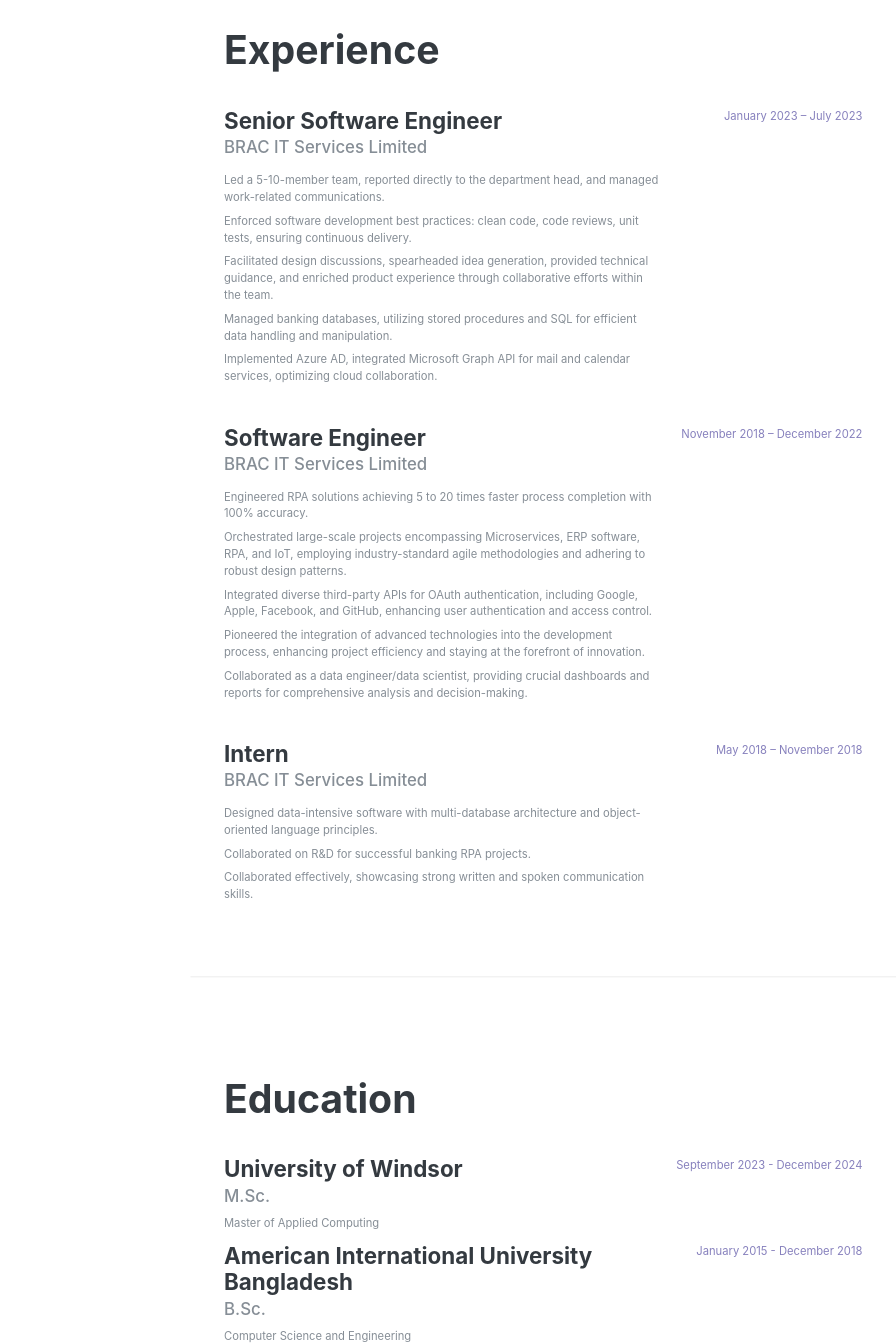
Repository: xahin96/xahin96.github.io
Page: index.html
The author's editor kept a copy of each file at every save. The page is drawn from the files as they stood at one save, then again after the next save.
The browser window is 1280 px wide. The pictures show the part of the page from y = 730 to 2650 px (the page is 5583 px tall before and 5589 px after), at 70% of full size.
Some web fonts or font styles are not loaded; a fallback is used.

Above is the page before, as saved 2024-04-27 12:24:20.

### index.html
<!DOCTYPE html>
<html lang="en">

<head>

  <meta charset="utf-8">
  <meta name="viewport" content="width=device-width, initial-scale=1, shrink-to-fit=no">
  <meta name="description" content="">
  <meta name="author" content="">

  <title>Shahriar Rahman</title>
  <link rel="icon" type="image/x-icon" href="img/profile.png">


  <!-- Bootstrap core CSS -->
  <link href="vendor/bootstrap/css/bootstrap.min.css" rel="stylesheet">

  <!-- Custom fonts for this template -->
  <link href="https://fonts.googleapis.com/css?family=Saira+Extra+Condensed:500,700" rel="stylesheet">
  <link href="https://fonts.googleapis.com/css?family=Muli:400,400i,800,800i" rel="stylesheet">
  <link href="vendor/fontawesome-free/css/all.min.css" rel="stylesheet">

  <!-- Custom styles for this template -->
  <link href="css/resume.css" rel="stylesheet">

</head>

<body id="page-top">

  <nav class="navbar navbar-expand-lg navbar-dark bg-primary fixed-top" id="sideNav">
    <a class="navbar-brand js-scroll-trigger" href="#page-top">
      <span class="d-block d-lg-none">Shahriar Rahman</span>
      <span class="d-none d-lg-block">
        <img class="img-fluid img-profile rounded-circle mx-auto mb-2" src="img/profile.png" alt="">
      </span>
    </a>
    <button class="navbar-toggler" type="button" data-toggle="collapse" data-target="#navbarSupportedContent" aria-controls="navbarSupportedContent" aria-expanded="false" aria-label="Toggle navigation">
      <span class="navbar-toggler-icon"></span>
    </button>
    <div class="collapse navbar-collapse" id="navbarSupportedContent">
      <ul class="navbar-nav">
        <li class="nav-item">
          <a class="nav-link js-scroll-trigger" href="#about">About</a>
        </li>
        <li class="nav-item">
          <a class="nav-link js-scroll-trigger" href="#experience">Experience</a>
        </li>
        <li class="nav-item">
          <a class="nav-link js-scroll-trigger" href="#education">Education</a>
        </li>
        <li class="nav-item">
          <a class="nav-link js-scroll-trigger" href="#skills">Skills</a>
        </li>
        <li class="nav-item">
          <a class="nav-link js-scroll-trigger" href="#projects">Projects</a>
        </li>
        <!-- <li class="nav-item">
          <a class="nav-link js-scroll-trigger" href="#interests">Interests</a>
        </li> -->
       <!--  <li class="nav-item">
          <a class="nav-link js-scroll-trigger" href="#awards">Achievements</a>
        </li> -->
      </ul>
    </div>
  </nav>

  <div class="container-fluid p-0">

    <section class="resume-section p-3 p-lg-5 d-flex align-items-center" id="about">
      <div class="w-100">
        <h1 class="mb-0">Shahriar
          <span class="mb-0">Rahman</span>
        </h1>
        <div class="subheading mb-5">Windsor, ON, Canada 🇨🇦 · +1 437 669 5591 ·
          <a href="mailto:shahriar.rahmanzahin@gmail.com">rahman8j@uwindsor.ca</a>
        </div>
        <p class="lead mb-5">Results-driven Software Engineer, with over 5 years of experience, specializing in innovative solutions such as Microservices, IoT, AI, and Robotic Process Automation (RPA). Demonstrates proficiency in software development, boasting a proven track record in leading the development of advanced systems, optimizing code for efficiency, and collaborating within dynamic, cross-functional teams.</p>
        <div class="social-icons">
          <a href="https://www.linkedin.com/in/shahriar-rahman-zahin">
            <i class="fab fa-linkedin-in"></i>
          </a>
          <a href="https://github.com/xahin96">
            <i class="fab fa-github"></i>
          </a>
          <a href="https://stackoverflow.com/users/5947007/shahriar-rahman-zahin">
            <i class="fab fa-stack-overflow"></i>
          </a>
          <a href="https://twitter.com/xahin96">
            <i class="fab fa-twitter"></i>
          </a>
          <a href="https://www.facebook.com/shahriar.xahin">
            <i class="fab fa-facebook-f"></i>
          </a>
        </div>
      </div>
    </section>

    <hr class="m-0">

    <section class="resume-section p-3 p-lg-5 d-flex justify-content-center" id="experience">
      <div class="w-100">
        <h2 class="mb-5">Experience</h2>

        <div class="resume-item d-flex flex-column flex-md-row justify-content-between mb-5">
          <div class="resume-content">
            <h3 class="mb-0">Senior Software Engineer</h3>
            <div class="subheading mb-3">BRAC IT Services Limited</div>
            <li>Led a 5-10-member team, reported directly to the department head, and managed work-related communications.</li>
            <li>Enforced software development best practices: clean code, code reviews, unit tests, ensuring continuous delivery.</li>
            <li>Facilitated design discussions, spearheaded idea generation, provided technical guidance, and enriched product experience through collaborative efforts within the team.</li>
            <li>Managed banking databases, utilizing stored procedures and SQL for efficient data handling and manipulation.</li>
            <li>Implemented Azure AD, integrated Microsoft Graph API for mail and calendar services, optimizing cloud collaboration.</li>
          </div>
          <div class="resume-date text-md-right">
            <span class="text-primary">January 2023 – July 2023</span>
          </div>
        </div>

        <div class="resume-item d-flex flex-column flex-md-row justify-content-between mb-5">
          <div class="resume-content">
            <h3 class="mb-0">Software Engineer</h3>
            <div class="subheading mb-3">BRAC IT Services Limited</div>
            <li>Engineered RPA solutions achieving 5 to 20 times faster process completion with 100% accuracy.</li>
            <li>Orchestrated large-scale projects encompassing Microservices, ERP software, RPA, and IoT, employing industry-standard agile methodologies and adhering to robust design patterns.</li>
            <li>Integrated diverse third-party APIs for OAuth authentication, including Google, Apple, Facebook, and GitHub, enhancing user authentication and access control.</li>
            <li>Pioneered the integration of advanced technologies into the development process, enhancing project efficiency and staying at the forefront of innovation.</li>
            <li>Collaborated as a data engineer/data scientist, providing crucial dashboards and reports for comprehensive analysis and decision-making.</li>
          </div>
          <div class="resume-date text-md-right">
            <span class="text-primary">November 2018 – December 2022</span>
          </div>
        </div>

        <div class="resume-item d-flex flex-column flex-md-row justify-content-between mb-5">
          <div class="resume-content">
            <h3 class="mb-0">Intern</h3>
            <div class="subheading mb-3">BRAC IT Services Limited</div>
            <li>Designed data-intensive software with multi-database architecture and object-oriented language principles.</li>
            <li>Collaborated on R&D for successful banking RPA projects.</li>
            <li>Collaborated effectively, showcasing strong written and spoken communication skills.
            </li>
          </div>
          <div class="resume-date text-md-right">
            <span class="text-primary">May 2018 – November 2018</span>
          </div>
        </div>

      </div>
    </section>

    <hr class="m-0">

    <section class="resume-section p-3 p-lg-5 d-flex align-items-center" id="education">
      <div class="w-100">
        <h2 class="mb-5">Education</h2>

        <div class="resume-item d-flex flex-column flex-md-row justify-content-between mb-3">
          <div class="resume-content">
            <h3 class="mb-0">University of Windsor</h3>
            <div class="subheading mb-2">M.Sc.</div>
            <div>Master of Applied Computing</div>
          </div>
          <div class="resume-date text-md-right">
            <span class="text-primary">September 2023 - December 2024</span>
          </div>
        </div>

        <!-- <div class="resume-item d-flex flex-column flex-md-row justify-content-between mb-3">
          <div class="resume-content">
            <h3 class="mb-0">Jahangirnagar University Bangladesh</h3>
            <div class="subheading mb-2"> M.Sc.</div>
            <div>Computer Science and Engineering</div>
            <p>CGPA: 3.88/4.00</p>
          </div>
          <div class="resume-date text-md-right">
            <span class="text-primary">January 2015 - December 2018</span>
          </div>
        </div> -->

        <div class="resume-item d-flex flex-column flex-md-row justify-content-between mb-3">
          <div class="resume-content">
            <h3 class="mb-0">American International University Bangladesh</h3>
            <div class="subheading mb-2">B.Sc.</div>
            <div>Computer Science and Engineering</div>
            <p>CGPA: 3.88/4.00</p>
          </div>
          <div class="resume-date text-md-right">
            <span class="text-primary">January 2015 - December 2018</span>
          </div>
        </div>

        <!-- <div class="resume-item d-flex flex-column flex-md-row justify-content-between mb-3">
          <div class="resume-content">
            <h3 class="mb-0">Dhaka Imperial College, Bangladesh</h3>
            <div class="subheading mb-2">Higher Secondary School Certificate</div>
            <p>GPA: 5.00/5.00</p>
          </div>
          <div class="resume-date text-md-right">
            <span class="text-primary">April 2012 - April 2014</span>
          </div>
        </div> -->

        <!-- <div class="resume-item d-flex flex-column flex-md-row justify-content-between">
          <div class="resume-content">
            <h3 class="mb-0">Bangladesh International School & College Riyadh, Saudi Arabia</h3>
            <div class="subheading mb-2">Secondary School Certificate</div>
            <p>GPA: 4.88/5.00</p>
          </div>
          <div class="resume-date text-md-right">
            <span class="text-primary">January 2007 - April 2012</span>
          </div>
        </div> -->

      </div>
    </section>

    <hr class="m-0">

    <section class="resume-section p-3 p-lg-5 d-flex align-items-center" id="skills">
      <div class="w-100">
        <h2 class="mb-5">Skills</h2>

        <div class="subheading mb-3">Programming Languages &amp; Tools</div>
        <ul class="list-inline dev-icons">
          <li class="list-inline-item">
            <h3>Python</h3>
          </li>
          <li class="list-inline-item">
            <h3>Django</h3>
          </li>
          <li class="list-inline-item">
            <h3>Django REST Framework</h3>
          </li>
          <li class="list-inline-item">
            <h3>ASP.NET</h3>
          </li>
          <li class="list-inline-item">
            <h3>ASP.NET Core</h3>
          </li>
          <li class="list-inline-item">
            <h3>React</h3>
          </li>
          <li class="list-inline-item">
            <h3>Angular</h3>
          </li>
        </ul>

        <br>

        <div class="subheading mb-3">Interests</div>
        <ul class="fa-ul mb-0">
          <li>
            <i class="fa-li fa fa-check"></i>
          Web Development</li>
          <li>
            <i class="fa-li fa fa-check"></i>
          Robotic Process Automation</li>
          <li>
            <i class="fa-li fa fa-check"></i>
          Machine Learning</li>
          <li>
            <i class="fa-li fa fa-check"></i>
          Data Mining</li>
        </ul>
      </div>
    </section>

    <hr class="m-0">

    <section class="resume-section p-3 p-lg-5 d-flex align-items-center project" id="projects">
      <div class="w-100">
        <h2 class="mb-5">Projects</h2>
        <hr>
        <div class="row">
          <div class="col-sm-12 col-md-6 mb-4">
            <div class="card p-3">
              <!-- <img class="mb-4" class="card-img-top" src="https://picsum.photos/id/237/200/300" alt="Card image cap"> -->
              <div style="background-color:rgb(255, 255, 255)">
                <h3 class="mb-0">Keeper</h3>
                <p class="lead mb-5">
                    Warranty managemet application for your products. It will help you manage all your product with warraties and smartly reminding you about the expiry date.
                </p>
                <h4>Technology Used</h4>
                <li>Python</li>
                <li>Django</li>
                <li>Django REST Framework</li>
                <div><h5>   &nbsp;</h5>   </div>
                <h5>Product link:</h5> <p><a href="/">Will be available on Play Store and Apple App Store soon</a></p>
              </div>
            </div>
          </div>
          <div class="col-sm-12 col-md-6 mb-4">
            <div class="card p-3">
              <!-- <img class="mb-4" class="card-img-top" src="https://picsum.photos/id/237/200/300" alt="Card image cap"> -->
              <div style="background-color:rgb(255, 255, 255)">
                <h3 class="mb-0">Atwork</h3>
                <p class="lead mb-5">
                    Smart meeting management system for your company. It will help you manage your meetings, schedule them, generate notice or summary along with agenda summary for
                    easier maintenance.
                </p>
                <h4>Technology Used</h4>
                <li>Python</li>
                <li>Django</li>
                <li>Django REST Framework</li>
                <li>Angular</li>
                <li>Typescript</li>
                <div><h5>   &nbsp;</h5>   </div>
                <h5>Product link:</h5> <p><a href="https://www.bracits.com/product/meeting-atwork">https://www.bracits.com/product/meeting-atwork</a></p>
              </div>
            </div>
          </div>
          <div class="col-sm-12 col-md-6 mb-4">
            <div class="card p-3">`
              <!-- <img class="mb-4" class="card-img-top" src="https://picsum.photos/id/237/200/300" alt="Card image cap"> -->
              <div style="background-color:rgb(255, 255, 255)">
                <h3 class="mb-0">Eye Tracker With Blink Detection</h3>
                <p class="lead mb-5">
                    This python application can detect eye of user sitting in front of webcam. Tracking the eye center or Iris the program
                    can detect where the user is looking at on the PC screen as well as when the user is blinking. This project was used in
                    my thesis - Controlling Multimedia Player With Eye Gaze Using Webcam.
                </p>
                <h4>Technology Used</h4>
                <li>Python</li>
                <li>OpenCV</li>
                <div><h5>   &nbsp;</h5>   </div>
                <h5>Publication link:</h5> <p><a href="https://ieeexplore.ieee.org/document/8644103">https://ieeexplore.ieee.org/document/8644103</a></p>
              </div>
            </div>
          </div>
          <div class="col-sm-12 col-md-6 mb-4">
            <div class="card p-3">
              <div style="background-color:rgb(255, 255, 255)">
                <h3 class="mb-0">Credit Card Creation Process Automation</h3>
                <p class="lead mb-5">
                  This automation program automates a full card processing system which requires 3 different applications.
                  It fills up forms of 3 different application and completes a full process 5 times faster than human.
                </p>
                <h4>Technology Used</h4>
                <li>Python</li>
                <li>SQL Server</li>
                <div><h5>   &nbsp;</h5>   </div>
                <h5>Project link:</h5> Confidential banking project.
              </div>
            </div>
          </div>
          <div class="col-sm-12 col-md-6 mb-4">
            <div class="card p-3">
              <div style="background-color:rgb(255, 255, 255)">
                <h3 class="mb-0">Parker</h3>
                <p class="lead mb-5">
                  This application is used for web automation. It is built specially for a website so that any human repetitive task on that website can be automated easily.
                </p>
                <h4>Technology Used</h4>
                <li>ASP.NET MVC</li>
                <li>SQL Server</li>
                <li>ADO.NET</li>
                <li>Bootstrap</li>
                <li>JQuery</li>
                <li>Selenium</li>
                <div><h5>   &nbsp;</h5>   </div>
                <h5>Project link:</h5> Confidential banking project.
            </div>
            </div>
          </div>
          <div class="col-sm-12 col-md-6 mb-4">
            <div class="card p-3">
              <div style="background-color:rgb(255, 255, 255)">
                <h3 class="mb-0">PDF Extractor</h3>
                <p class="lead mb-5">
                  This application is used for extracting data from complex PDF tables and saving them in database for easy data analysis.
                </p>
                <h4>Technology Used</h4>
                <li>Python</li>
                <li>SQL Server</li>
                <div><h5>   &nbsp;</h5>   </div>
                <h5>Project link:</h5> Confidential banking project.
              </div>
            </div>
          </div>
          <!-- <div class="col-sm-12 col-md-6 mb-4">
            <div class="card p-3">
              <div style="background-color:rgb(255, 255, 255)">
                <h3 class="mb-0">Insurance Company Management</h3>
                <p class="lead mb-5">
                  This application is used for managing different tasks of an insurance company. Employees can issue for accident entry and towing
                  car entries etc.
                </p>
                <h4>Technology Used</h4>
                <li>PHP</li>
                <li>Vanilla JS</li>
                <li>Oracle</li>
                <div><h5>   &nbsp;</h5>   </div>
                <h5>Project link:</h5> <p><a href="https://github.com/xahin96/Insurance_Company_management">https://github.com/xahin96/Insurance_Company_management</a></p>
            </div>
            </div>
          </div> -->
          <!-- <div class="col-sm-12 col-md-6 mb-4">
            <div class="card p-3">
            <div style="background-color:rgb(255, 255, 255)">
              <h3 class="mb-0">Urban City Scenario</h3>
              <p class="lead mb-5">
                Simple 2d scenario animation made with OpenGL C++
              </p>
              <h4>Technology Used</h4>
              <li>OpenGL</li>
              <li>C++</li>
              <div><h5>   &nbsp;</h5>   </div>
              <h5>Project link:</h5> <p><a href="https://github.com/xahin96/Urban_city_scenario">https://github.com/xahin96/Urban_city_scenario</a></p>
            </div>
            </div>
          </div> -->
          <!-- <div class="col-sm-12 col-md-6 mb-4">
            <div class="card p-3">
              <div style="background-color:rgb(255, 255, 255)">
                <h3 class="mb-0">Catch The Egg</h3>
                <p class="lead mb-5">
                  Simple fun 2d game. Eggs are falling from sky catch as much as you can.
                </p>
                <h4>Technology Used</h4>
                <li>Java</li>
                <div><h5>   &nbsp;</h5>   </div>
                <h5>Project link:</h5> <p><a href="https://github.com/xahin96/CatcTheEgg">https://github.com/xahin96/CatcTheEgg</a></p>
              </div>
            </div>
          </div> -->
          <!-- <div class="col-sm-12 col-md-6 mb-4">
            <div class="card p-3">
              <div style="background-color:rgb(255, 255, 255)">
                <h3 class="mb-0">Mobile Banking App</h3>
                <p class="lead mb-5">
                  Mobile banking app for using transaction functionality from phone.
                </p>
                <h4>Technology Used</h4>
                <li>C#</li>
                <li>SQL Server</li>
                <div><h5>   &nbsp;</h5>   </div>
                <h5>Project link:</h5> <p><a href="https://github.com/xahin96/MobileBanking">https://github.com/xahin96/MobileBanking</a></p>
              </div>
            </div>
          </div> -->
          <!-- <div class="col-sm-12 col-md-6 mb-4">
            <div class="card p-3">
              <div style="background-color:rgb(255, 255, 255)">
                <h3 class="mb-0">Kine Felun</h3>
                <p class="lead mb-5">
                  Online shopping application where user can add products for selling.
                </p>
                <h4>Technology Used</h4>
                <li>PHP</li>
                <li>Vanilla JS</li>
                <li>Oracle</li>
                <div><h5>   &nbsp;</h5>   </div>
                <h5>Project link:</h5> <p><a href="https://github.com/xahin96/Kine-Felun">https://github.com/xahin96/Kine-Felun</a></p>
              </div>
            </div>
          </div>  -->
      </div>

      </div>
    </section>

            <hr class="m-0">

  </div>

  <!-- Bootstrap core JavaScript -->
  <script src="vendor/jquery/jquery.min.js"></script>
  <script src="vendor/bootstrap/js/bootstrap.bundle.min.js"></script>

  <!-- Plugin JavaScript -->
  <script src="vendor/jquery-easing/jquery.easing.min.js"></script>

  <!-- Custom scripts for this template -->
  <script src="js/resume.min.js"></script>

</body>
</html>

Loaded but not shown: vendor/bootstrap/css/bootstrap.min.css (library); vendor/fontawesome-free/css/all.min.css (library); vendor/jquery/jquery.min.js (library); vendor/bootstrap/js/bootstrap.bundle.min.js (library); vendor/jquery-easing/jquery.easing.min.js (common file); js/resume.min.js (common file); css/resume.css (201 lines, source omitted)

After the next save:
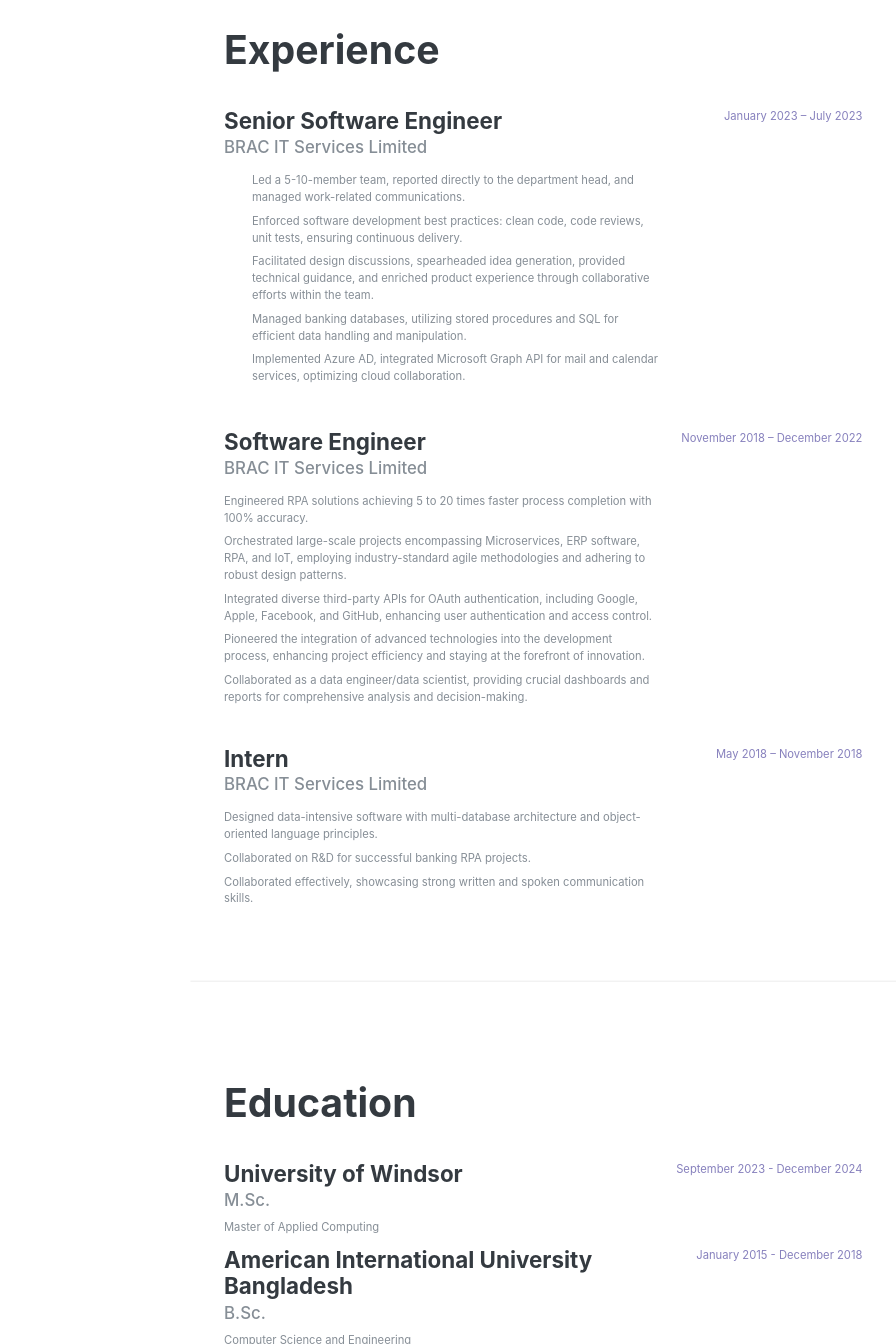
Saved 2 min 40 s later.
--- a/index.html
+++ b/index.html
@@ -103,13 +103,17 @@
 
         <div class="resume-item d-flex flex-column flex-md-row justify-content-between mb-5">
           <div class="resume-content">
-            <h3 class="mb-0">Senior Software Engineer</h3>
-            <div class="subheading mb-3">BRAC IT Services Limited</div>
-            <li>Led a 5-10-member team, reported directly to the department head, and managed work-related communications.</li>
-            <li>Enforced software development best practices: clean code, code reviews, unit tests, ensuring continuous delivery.</li>
-            <li>Facilitated design discussions, spearheaded idea generation, provided technical guidance, and enriched product experience through collaborative efforts within the team.</li>
-            <li>Managed banking databases, utilizing stored procedures and SQL for efficient data handling and manipulation.</li>
-            <li>Implemented Azure AD, integrated Microsoft Graph API for mail and calendar services, optimizing cloud collaboration.</li>
+            <div>
+              <h3 class="mb-0">Senior Software Engineer</h3>
+              <div class="subheading mb-3">BRAC IT Services Limited</div>
+            </div>
+            <ul>
+              <li>Led a 5-10-member team, reported directly to the department head, and managed work-related communications.</li>
+              <li>Enforced software development best practices: clean code, code reviews, unit tests, ensuring continuous delivery.</li>
+              <li>Facilitated design discussions, spearheaded idea generation, provided technical guidance, and enriched product experience through collaborative efforts within the team.</li>
+              <li>Managed banking databases, utilizing stored procedures and SQL for efficient data handling and manipulation.</li>
+              <li>Implemented Azure AD, integrated Microsoft Graph API for mail and calendar services, optimizing cloud collaboration.</li>
+            </ul>
           </div>
           <div class="resume-date text-md-right">
             <span class="text-primary">January 2023 – July 2023</span>
